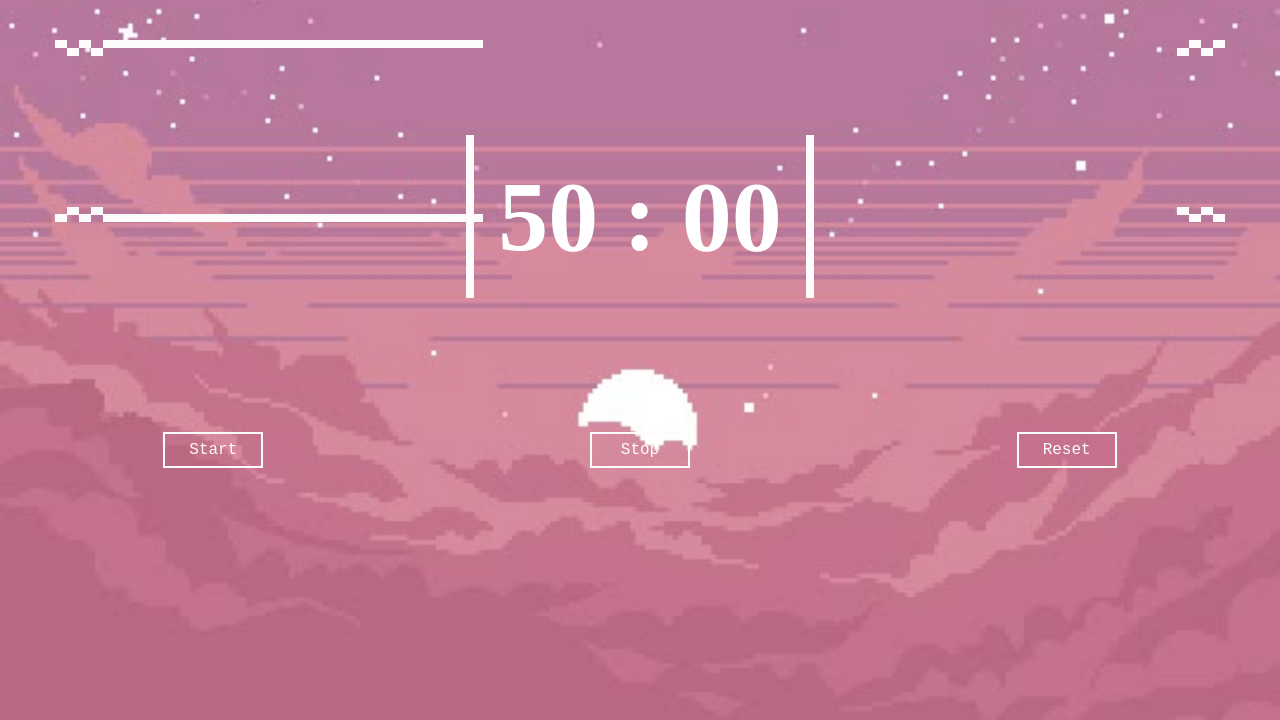
Repository: niharikapatil2306/Study-Timer
Page: index.html
An editor plug-in stored every save of this project. The page is shown before and after the next save, followed by the edit.
The browser window is 1280 px wide. The pictures show the whole page.
Some web fonts or font styles are not loaded; a fallback is used.

Above is the page before, as saved 2025-02-18 18:24:14.

After the next save:
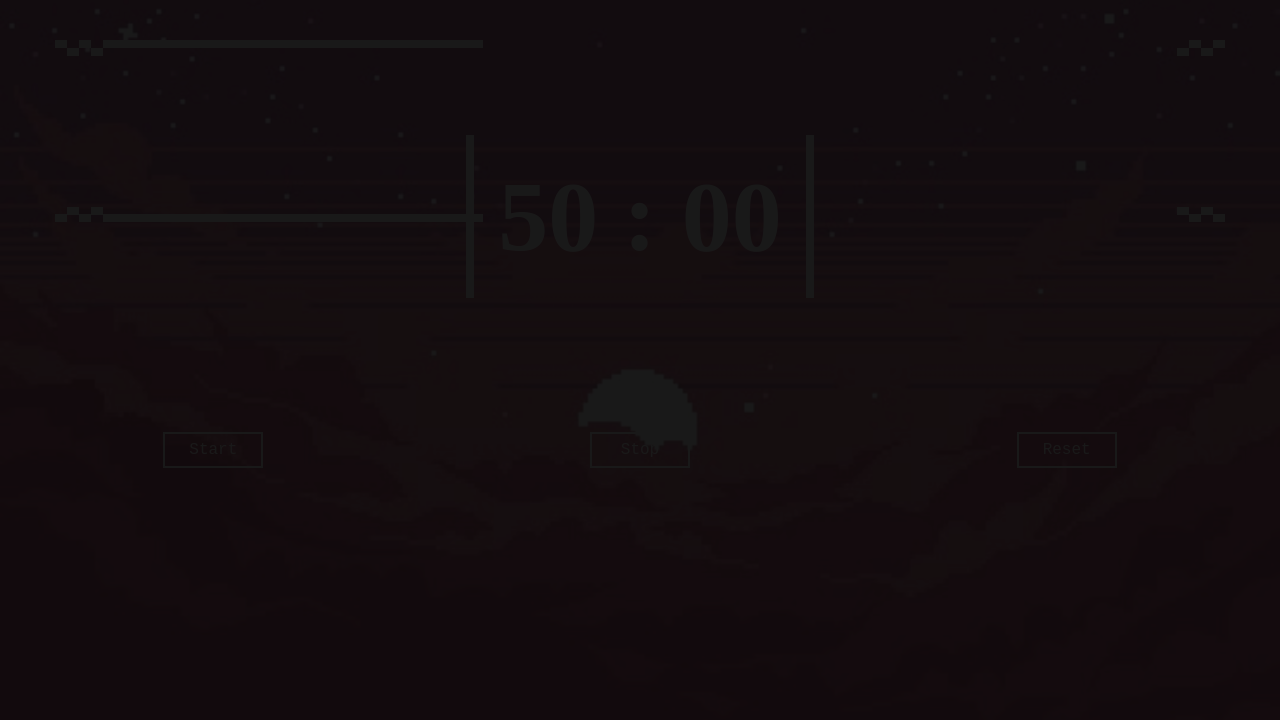
Saved 12 s later.
--- a/style.css
+++ b/style.css
@@ -11,6 +11,7 @@ body {
     background: url("./img/bg.jpeg") no-repeat center center fixed;
     background-size: cover;
     height: 100vh;
+    opacity: 0.1;
 }
 
 .box{
